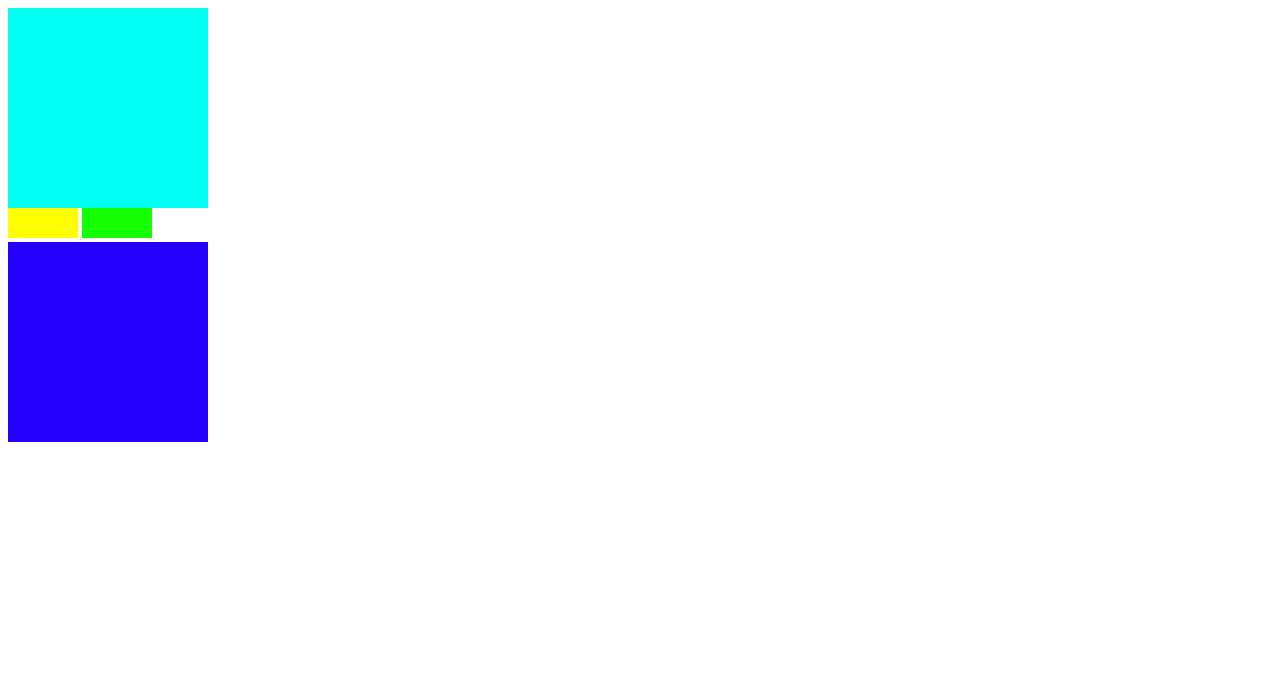
Repository: Divineridh/LPPAChallenges
Page: Trabajos en Clase/ejercicio clase 04-2/index.html
These files come from the project's save history. The page is drawn as it stood at one moment and after the next save; the edit follows.
The browser window is 1280 px wide. The pictures show the whole page.

Above is the page before, as saved 2022-04-26 20:55:55.

After the next save:
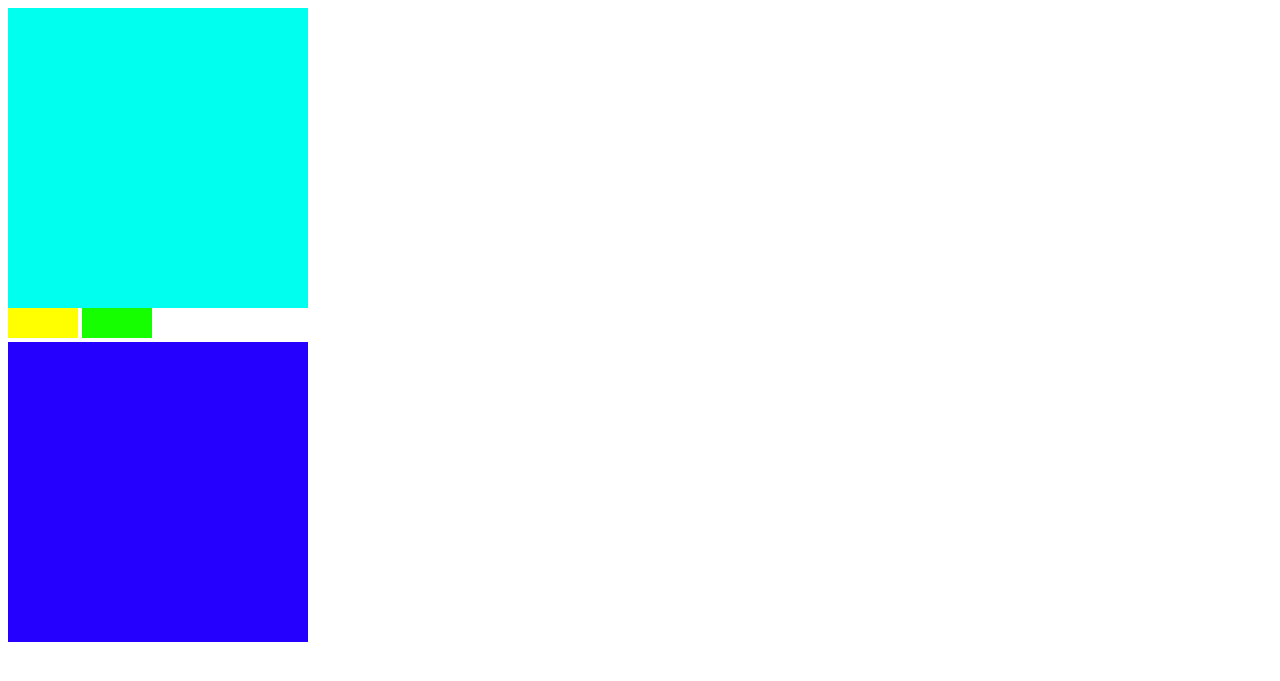
Saved 15 s later.
--- a/Trabajos en Clase/ejercicio clase 04-2/styles.css
+++ b/Trabajos en Clase/ejercicio clase 04-2/styles.css
@@ -8,8 +8,8 @@
 
 .squares {
     display: relative;
-    width: 200px;
-    height: 200px;
+    width: 300px;
+    height: 300px;
 }
 
 .mini1 {
